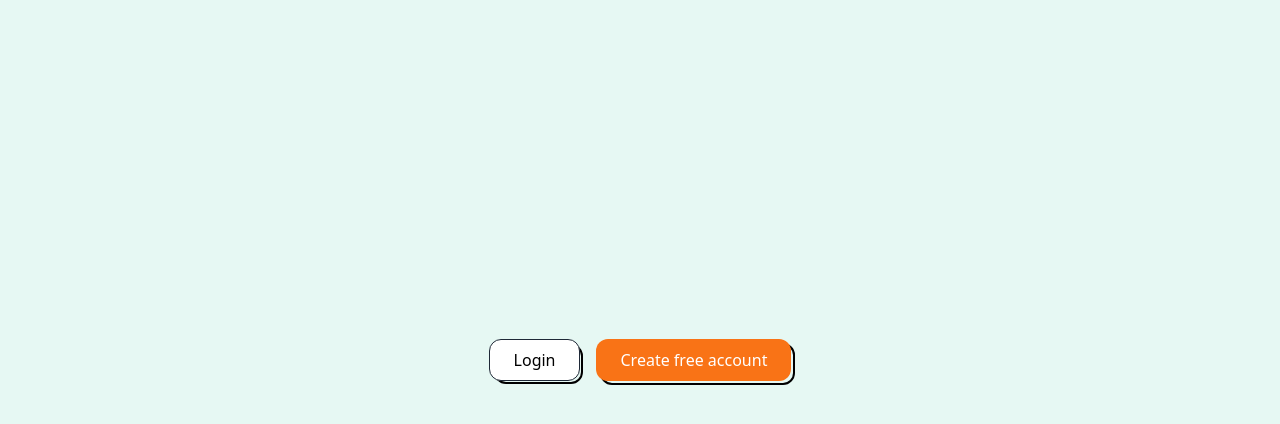
Repository: trusha97/postpilot
Page: button.html
An editor plug-in stored every save of this project. The page is shown before and after the next save, followed by the edit.
The browser window is 1280 px wide. The pictures show the whole page.
Some web libraries are served in a nearby version.

Above is the page before, as saved 2025-05-18 18:04:29.

### button.html
<!DOCTYPE html>
<html lang="en">
<head>
  <meta charset="UTF-8" />
  <meta name="viewport" content="width=device-width, initial-scale=1.0" />
  <title>Button UI</title>
  <!-- Tailwind CSS CDN -->
  <script src="https://cdn.tailwindcss.com"></script>
</head>
<body class="bg-[#e6f8f3] flex justify-center items-center min-h-screen">

  <div class="flex gap-4">
    <!-- Login Button -->
    <button class="relative text-black font-medium border border-gray-800 bg-white px-6 py-2 rounded-xl">
      <span class="absolute inset-0 rounded-xl border-2 border-black translate-x-1 translate-y-1 -z-10"></span>
      Login
    </button>

    <!-- Create Account Button -->
    <button class="relative text-white font-medium bg-orange-500 px-6 py-2 rounded-xl">
      <span class="absolute inset-0 rounded-xl border-2 border-black translate-x-1 translate-y-1 -z-10"></span>
      Create free account
    </button>
  </div>

</body>
</html>

After the next save:
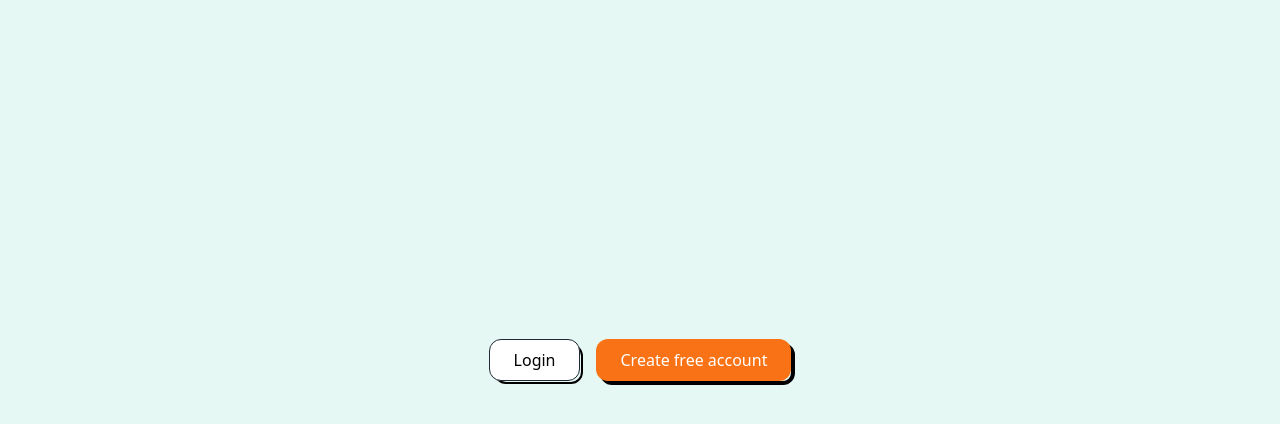
Saved 31 s later.
--- a/button.html
+++ b/button.html
@@ -18,7 +18,7 @@
 
     <!-- Create Account Button -->
     <button class="relative text-white font-medium bg-orange-500 px-6 py-2 rounded-xl">
-      <span class="absolute inset-0 rounded-xl border-2 border-black translate-x-1 translate-y-1 -z-10"></span>
+      <span class="absolute inset-0 rounded-xl border-4 border-black translate-x-1 translate-y-1 -z-10"></span>
       Create free account
     </button>
   </div>
